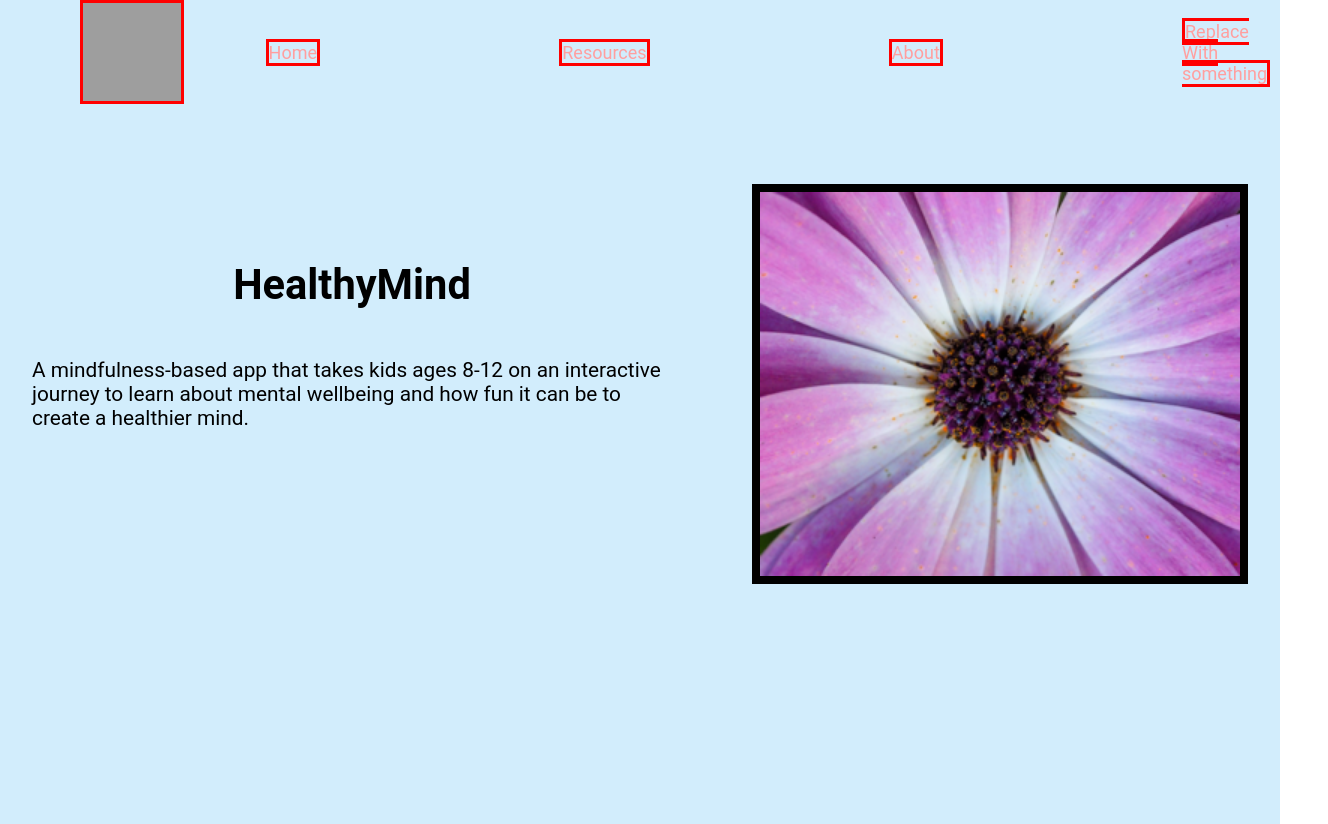
Repository: Nafisa-Huda/HealthierMind
Page: public/index.html
The author's editor kept a copy of each file at every save. The page is drawn from the files as they stood at one save, then again after the next save.
The browser window is 1280 px wide. The page is 1328 px wide, so the pictures cover 1328 px, including what lies to the right of the window. The pictures show the whole page.
Pictures or frames that could not be fetched are drawn as grey boxes.

Above is the page before, as saved 2022-07-11 16:25:21.

### public/index.html
<!DOCTYPE html>
<html lang="en">
<head>
    <meta charset="UTF-8">
    <meta http-equiv="X-UA-Compatible" content="IE=edge">
    <meta name="viewport" content="width=device-width, initial-scale=1.0">
    <title>HealthyMind</title>
    <link rel="stylesheet" href="/public/style.css">
</head>
<body>
    <header>
        <div class="container row">
            <img class="logo" src="https://i.ibb.co/xLGc6jC/Healthy-Mind-logo.png" alt="healthy-mind-logo">
        <nav class="nav">
            <ul class="nav__list">
                <li class="nav__item"><a href="#" class="nav__link">Home</a></li>
                <li class="nav__item"><a href="#" class="nav__link">Resources</a></li>
                <li class="nav__item"><a href="#" class="nav__link">About</a></li>
                <li class="nav__item"><a href="#" class="nav__link">Replace With something</a></li>
            </ul>
        </nav>
        </div>
    </header>

    <!-- <section class="hero main"> -->
        <div class="hero main ">
            <div class="hero__text">
                <h1>HealthyMind</h1>
                <p>A mindfulness-based app that takes kids ages 8-12 on an interactive journey to learn about mental wellbeing and  how fun it can be to create a healthier mind. </p>
            </div>
            <div class="containerImg">
            <img class="hero__img" src="/Images/purpleflowerSmall.png" alt="image one here" srcset="">
            </div>
         </div>
    </section>


<script src="/public/main.js"></script>
</body>
</html>

### public/style.css
*, *::before, *::after {
    box-sizing: border-box;
}

body {
    margin: 0;
    max-width: 100%;
    font-family: 'Roboto', sans-serif;
    font-size: 1.3rem;
}
html{
  scroll-behavior: smooth;
  scroll-padding-top: (--scroll-padding,100px);
}
/*scrollbar*/
::-webkit-scrollbar{
  width: 0.7em;
}
::-webkit-scrollbar-track{
  background: antiquewhite;
}
::-webkit-scrollbar-thumb{
  background: #FFE170;
}
header{
  background-color: #d2edfc;
  height: 10%;
}
  .containerImg > img {
      width: 100%;
      margin: 5rem 5rem 5rem 5rem ;
      max-height: 100%;
      border: black solid 0.5rem;
      padding: auto;
  }

/* home page */

.container {
    width: 100vw;
    margin: 0 auto;
}
.main{
  height: 100vh;
}

.hero{
  display: flex;
  background-color: #d2edfc;
}
.hero > h1,
.hero > p {
 text-align: center;
}
  .hero__text{
    width: 50%;
    margin: 8rem 0 4rem 2rem;
    display: flex;
    flex-direction: column;
    align-items: center;
    justify-content: flex-start;
  }

.row {
    display: flex;
    justify-content: space-between;
    align-items: center;
    width: 100%;
}

.logo {
    width: 5em;
    height: 5em;
    margin-right: 2em;
    border: 3px red solid;
    margin-left: 5rem;
}

.nav {
    display: flex;
    justify-content: space-between;
    align-items: center;
    flex-grow: 1;
}

.nav__list {
    margin: 0;
    list-style: none;

    display: flex;
    align-items: center;

    font-size: 1rem;
}

.nav__item + .nav__item {
    margin-left: 60%;
}

.nav__link {
    border: 3px red solid;
    text-decoration: none;
    font-size: large;
    color: #FF9F9F;
}

.nav__link--button {
    padding: .25em 1em;
}

.nav__link:hover {
    opacity: .75;
}



/* activities page */

.activities-header{
  background-color: #A8E0FF;
  height: 20rem;
  width: 100%;
  border-bottom: solid #fff 4px;
}

.title{
  display: flex;
  flex-direction: column;
  align-items: center;
  padding-top: 3rem;
  color: #fff;
}


.activities-container{
  display: flex;
  flex-wrap: wrap;
  justify-content: center;
  background-color: #FFF9A6;
}

.scene {
  width: 20rem;
  height: 20rem;
  margin: 3rem;
  perspective: 600px;
}

.card {
  width: 100%;
  height: 100%;
  cursor: pointer;
  transform-style: preserve-3d;
  transform-origin: center right;
  transition: transform 1s;
}

.card.is-flipped {
  transform: translateX(-100%) rotateY(-180deg);
}

.face {
  position: absolute;
  width: 100%;
  height: 100%;
  line-height: 260px;
  color: #fff;
  text-align: center;
  font-weight: bold;
  font-size: larger;
  backface-visibility: hidden;
}

.front {
  background-color: #FF9F9F;
}

.back {
  background-color: #FF9F9F;
  transform: rotateY(180deg);
}

### public/main.js
const cards = document.querySelectorAll('.card');
[...cards].forEach((card)=>{
    card.addEventListener('click', () =>{
        card.classList.toggle('is-flipped')
    })
});

After the next save:
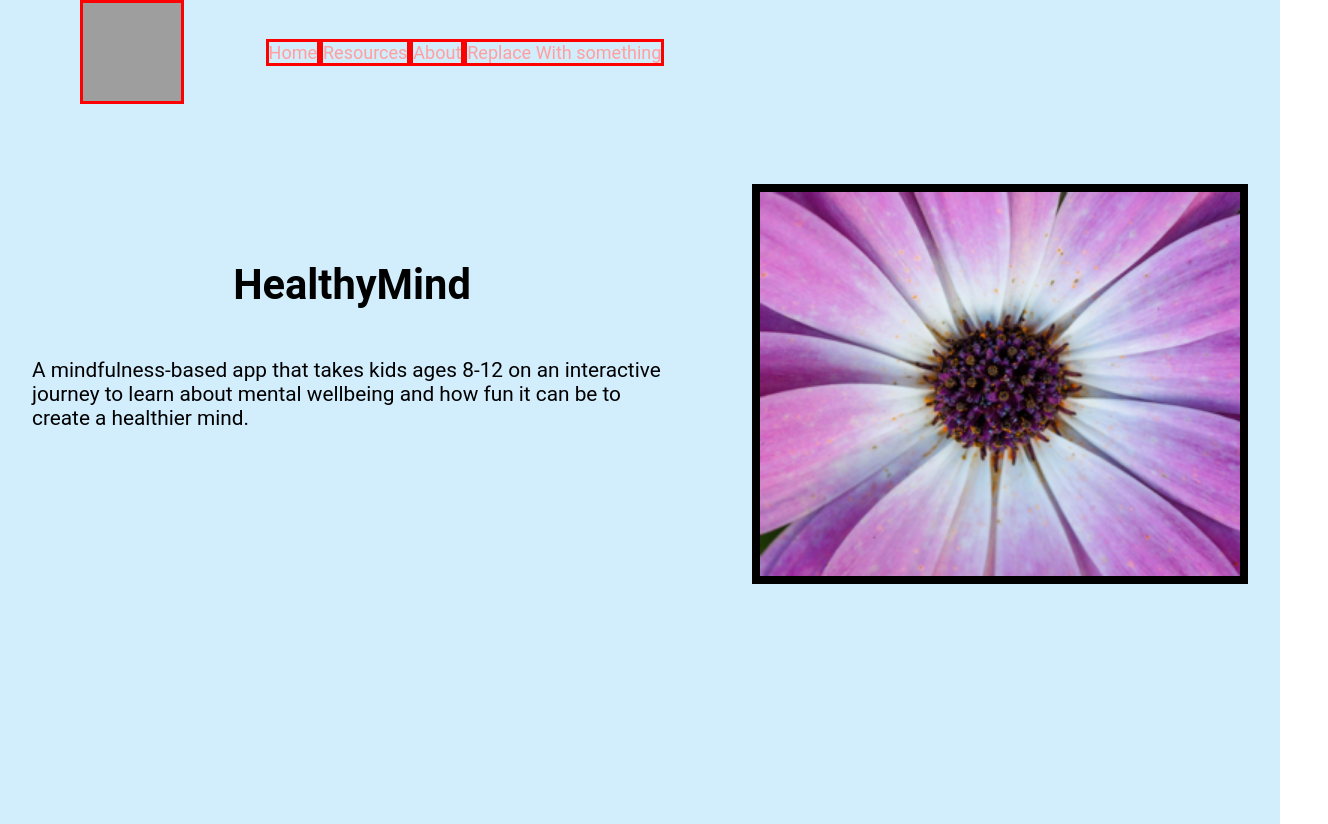
Saved 22 s later.
--- a/public/style.css
+++ b/public/style.css
@@ -93,9 +93,9 @@ header{
     font-size: 1rem;
 }
 
-.nav__item + .nav__item {
+/* .nav__item + .nav__item {
     margin-left: 60%;
-}
+} */
 
 .nav__link {
     border: 3px red solid;
